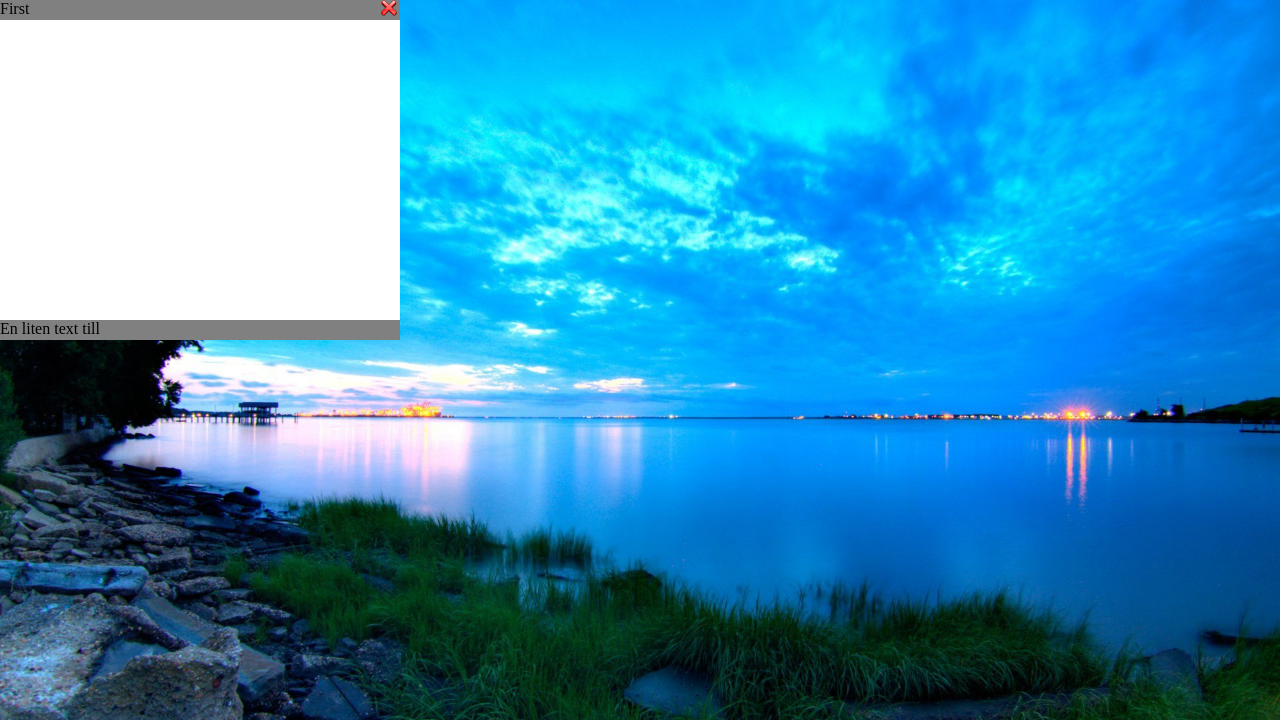
Repository: mc22dg/1dv403-laborationer
Page: Projekt/index.html
The author's editor kept a record of every edit. The page is drawn from the files as they stood at one moment, then again after the next edit.
The browser window is 1280 px wide. The pictures show the whole page.

Above is the page before.
Console error: TypeError: Cannot read properties of undefined (reading 'element')

After the next edit:
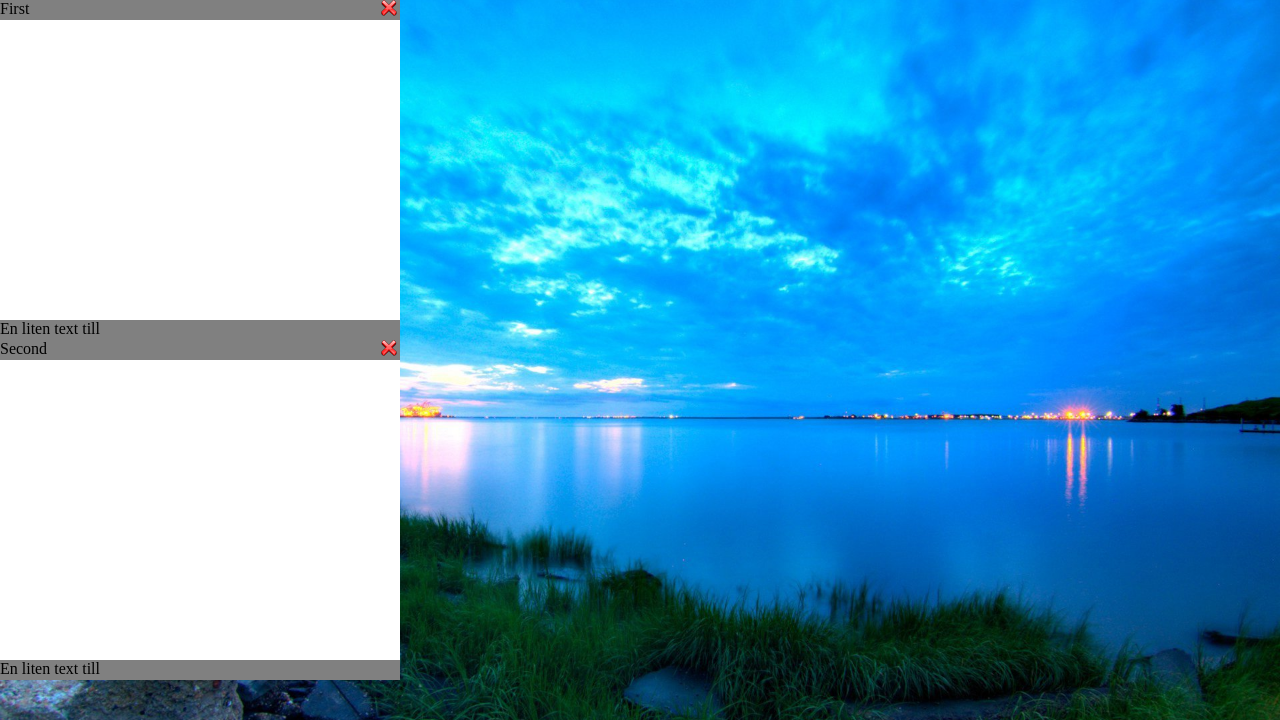
The error is gone.
The edit:
--- a/Projekt/script.js
+++ b/Projekt/script.js
@@ -7,6 +7,6 @@
 
     var wind = new Window(desk, "First"); // Första rutan, desk = desktop.js, first = namnet på rutan
 
-    var wind2 = new Window()
+    var wind2 = new Window(desk, "Second") // Andra rutan
 
 };
